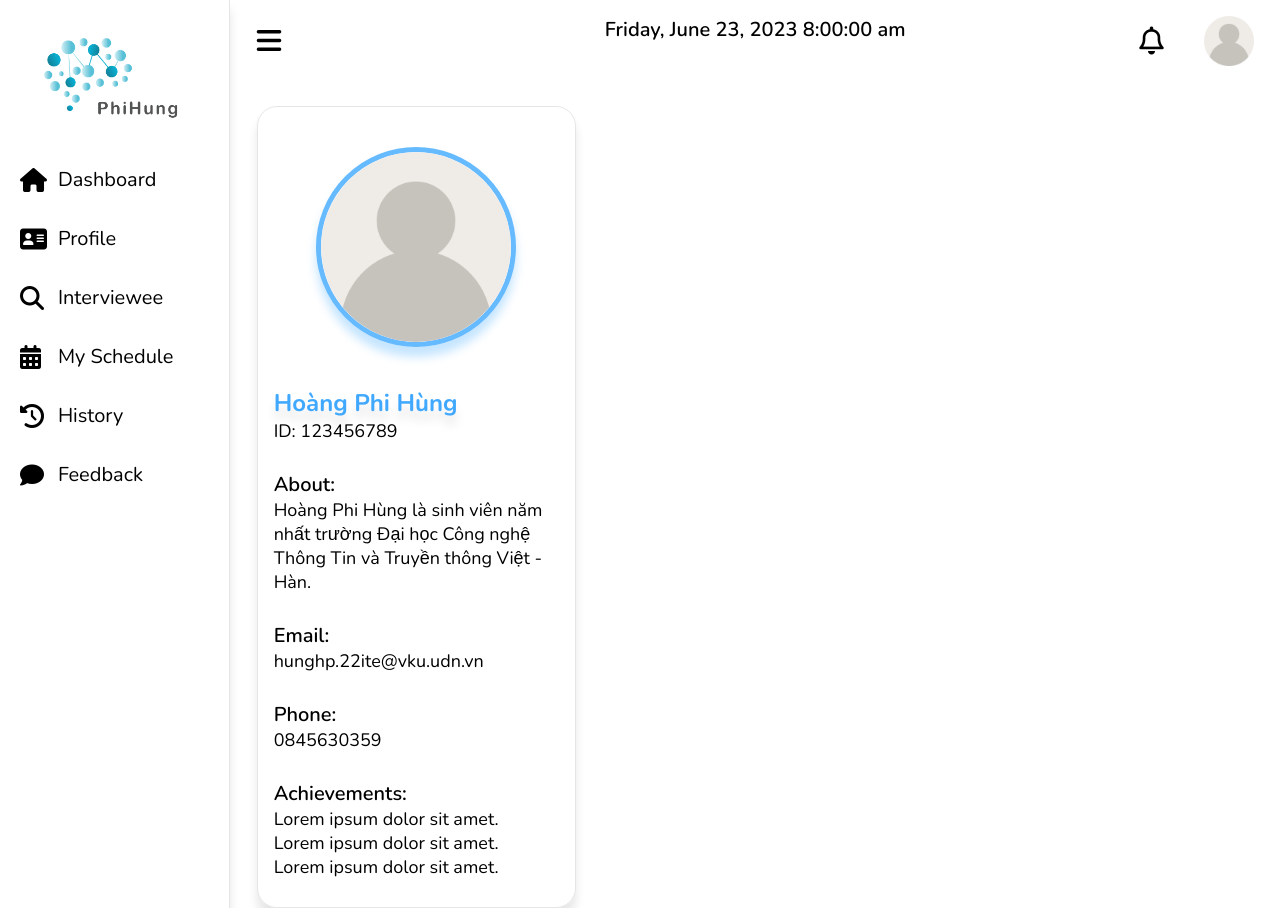
Repository: hphihungit/InterviewService
Page: interviewee.html
The author's editor kept a copy of each file at every save. The page is drawn from the files as they stood at one save, then again after the next save.
The browser window is 1280 px wide. The pictures show the whole page.

Above is the page before, as saved 2023-06-01 00:21:05.

After the next save:
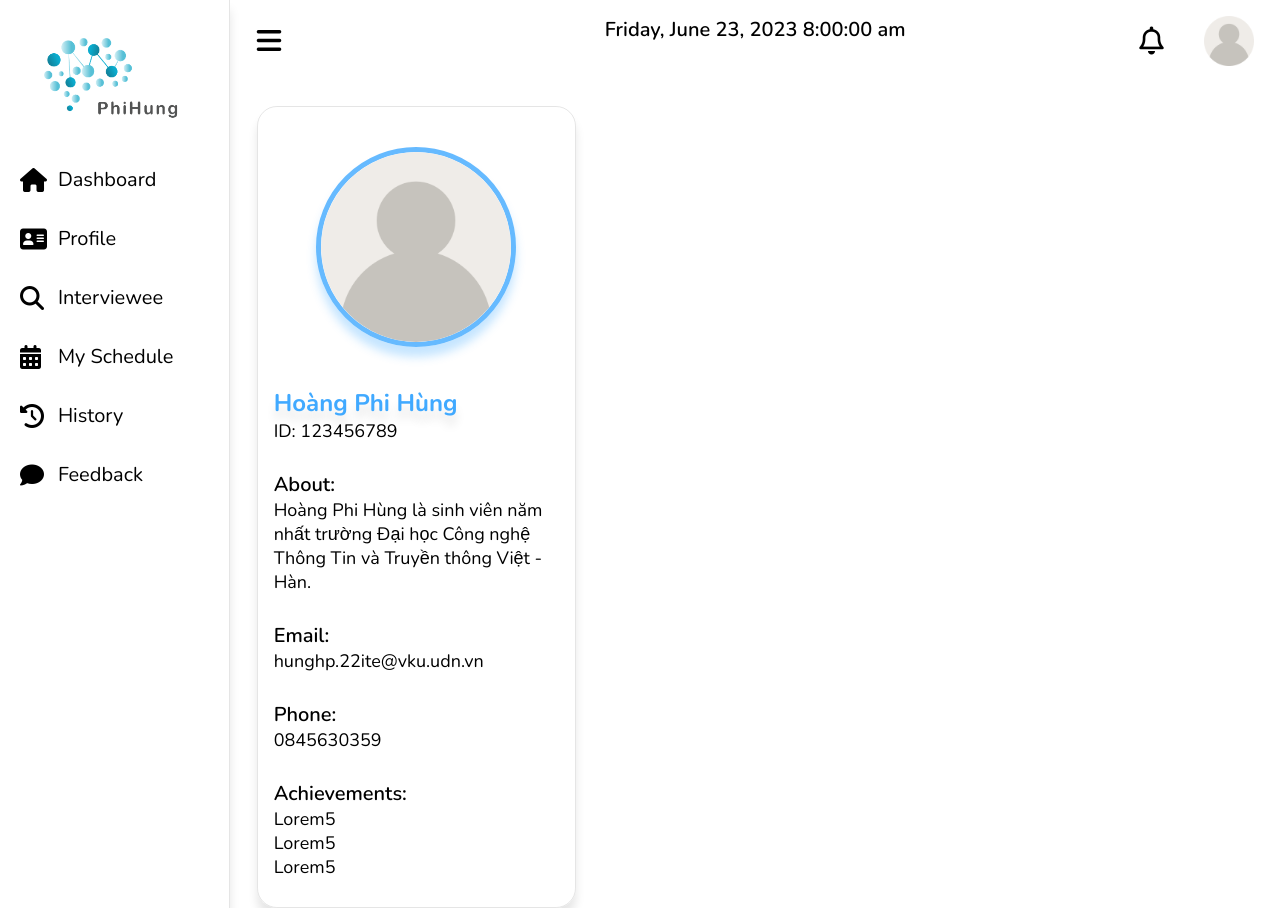
Saved 68 s later.
--- a/interviewee.html
+++ b/interviewee.html
@@ -105,11 +105,11 @@
 
                     <div class="cv__info">
                         <p class="cv__info--title">Achievements: </p>
-                        <p class="cv__info--content">
-                            Lorem ipsum dolor sit amet.     <br>
-                            Lorem ipsum dolor sit amet.     <br>
-                            Lorem ipsum dolor sit amet.     <br>
-                        </p>
+                        <ul class="cv__info--list">
+                            <li class="cv__info--item">Lorem5</li>
+                            <li class="cv__info--item">Lorem5</li>
+                            <li class="cv__info--item">Lorem5</li>
+                        </ul>
                     </div>
                 </div>
 

After the save that followed:
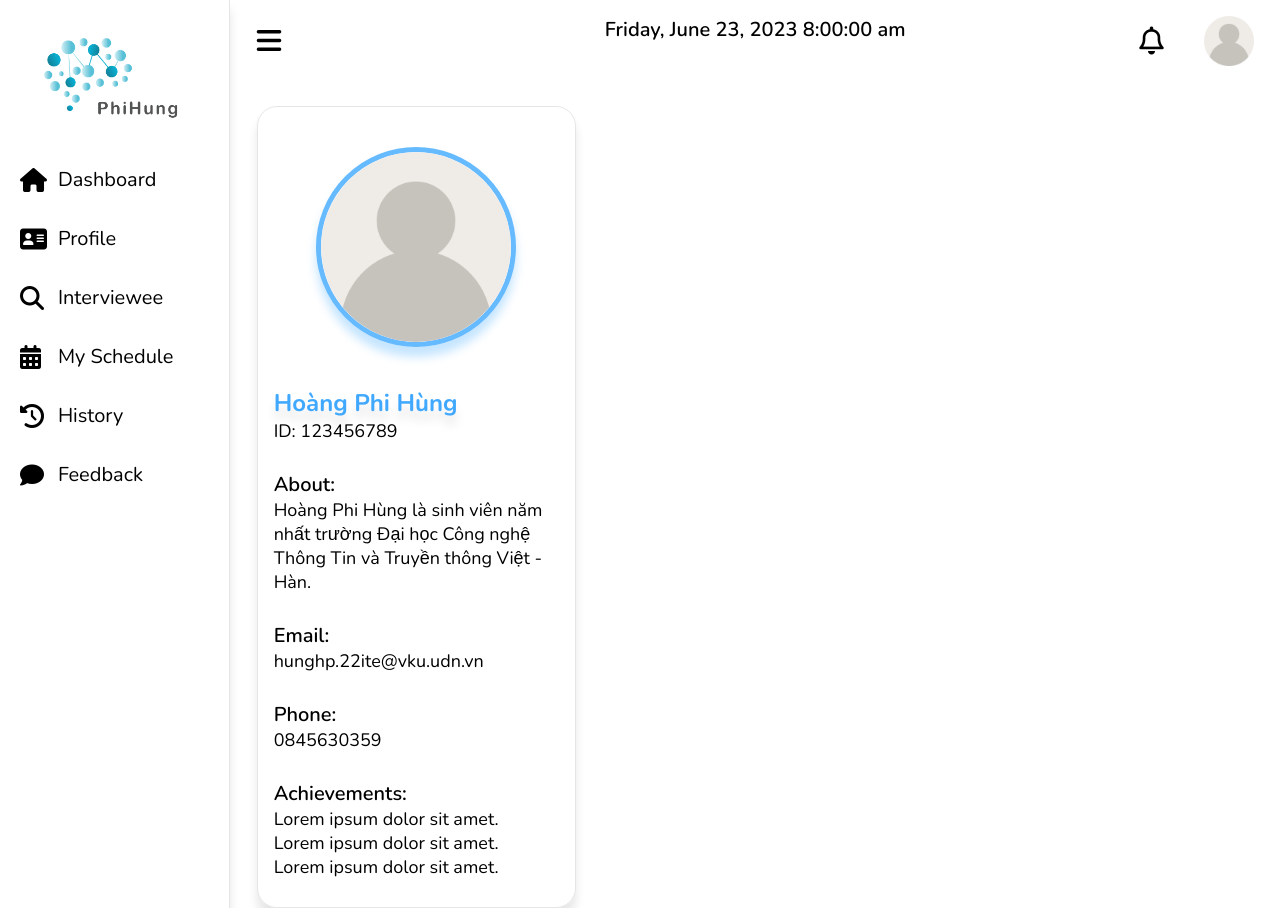
Saved 10 s later.
--- a/interviewee.html
+++ b/interviewee.html
@@ -106,9 +106,9 @@
                     <div class="cv__info">
                         <p class="cv__info--title">Achievements: </p>
                         <ul class="cv__info--list">
-                            <li class="cv__info--item">Lorem5</li>
-                            <li class="cv__info--item">Lorem5</li>
-                            <li class="cv__info--item">Lorem5</li>
+                            <li class="cv__info--item">Lorem ipsum dolor sit amet.</li>
+                            <li class="cv__info--item">Lorem ipsum dolor sit amet.</li>
+                            <li class="cv__info--item">Lorem ipsum dolor sit amet.</li>
                         </ul>
                     </div>
                 </div>
